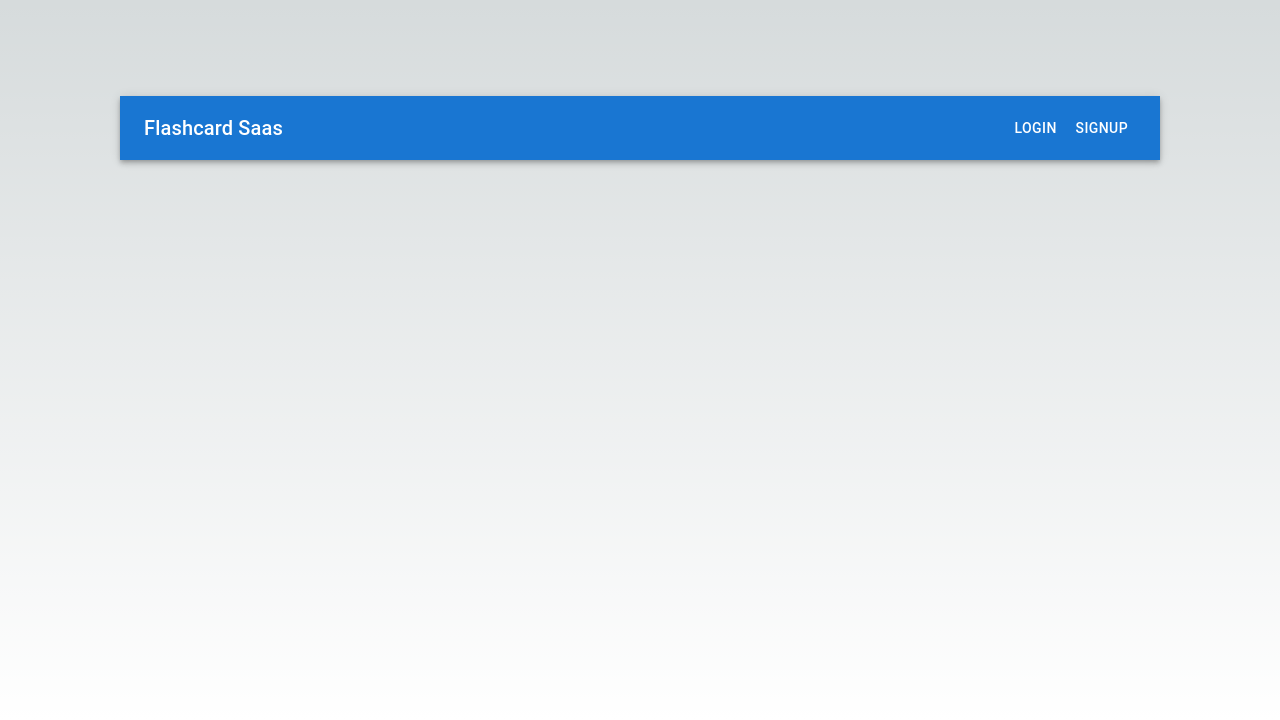
Repository: rakeshpuppala2590/AI-Flashcards-Stripe
Page: /
An editor plug-in stored every save of this project. The page is shown before and after the next save, followed by the edit.
The browser window is 1280 px wide. The pictures show the whole page.
The page's requests for data from a server got no answer. The project was rebuilt for these pictures with package versions that can differ from the ones it lists, and the page was loaded fresh each time. Some packages were replaced by stand-ins written for this rebuild. The framework's server and built-in components were replaced by stand-ins that run in the browser. No one was signed in, and anything a server would have sent is missing. Also part of the build but not shown: next.config.mjs.

Above is the page before, as saved 2024-08-12 14:31:20.

After the next save:
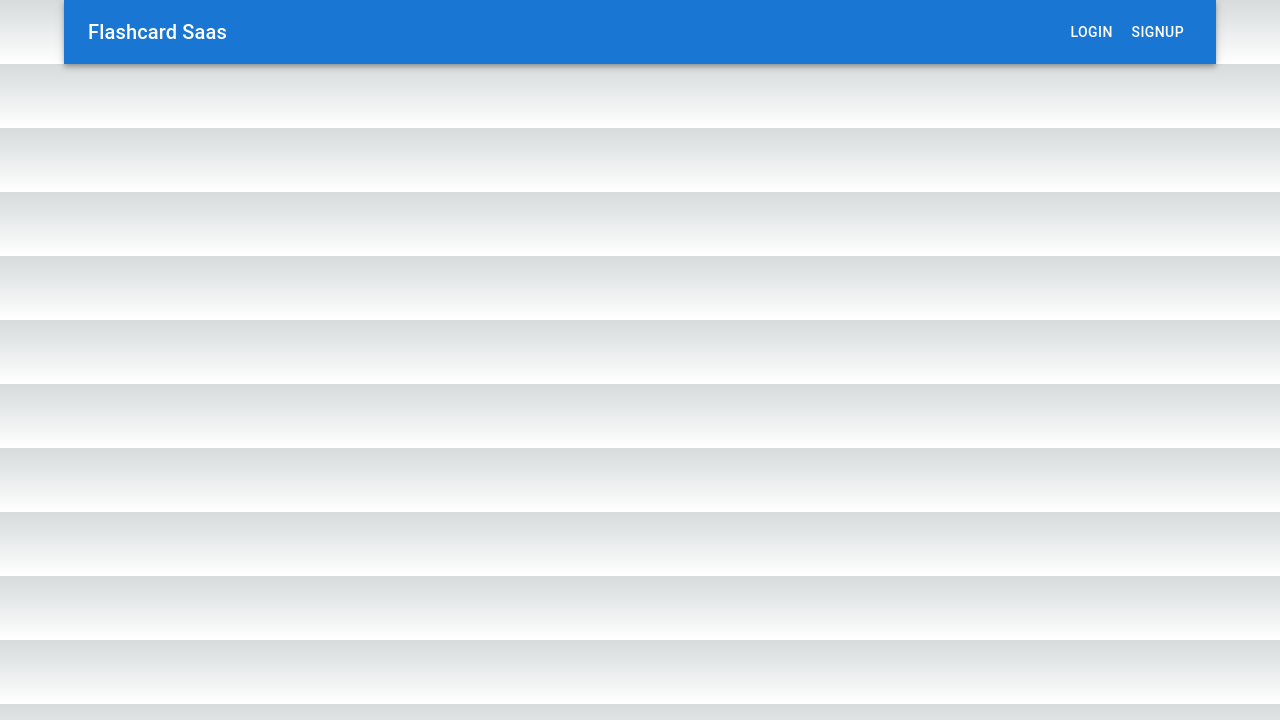
Saved 114 s later.
--- a/src/app/page.js
+++ b/src/app/page.js
@@ -1,4 +1,3 @@
-import Image from "next/image";
 import getStripe from "../../utils/get-stripe";
 import { SignedIn, SignedOut, UserButton } from "@clerk/nextjs";
 import Head from "next/head";
@@ -6,7 +5,7 @@ import { AppBar, Button, Container, Toolbar, Typography } from "@mui/material";
 
 export default function Home() {
   return (
-    <main className="flex min-h-screen flex-col items-center p-24">
+    <>
       <Head>
         <title>Flashcard Saas</title>
         <meta
@@ -30,6 +29,6 @@ export default function Home() {
           </Toolbar>
         </AppBar>
       </Container>
-    </main>
+    </>
   );
 }
